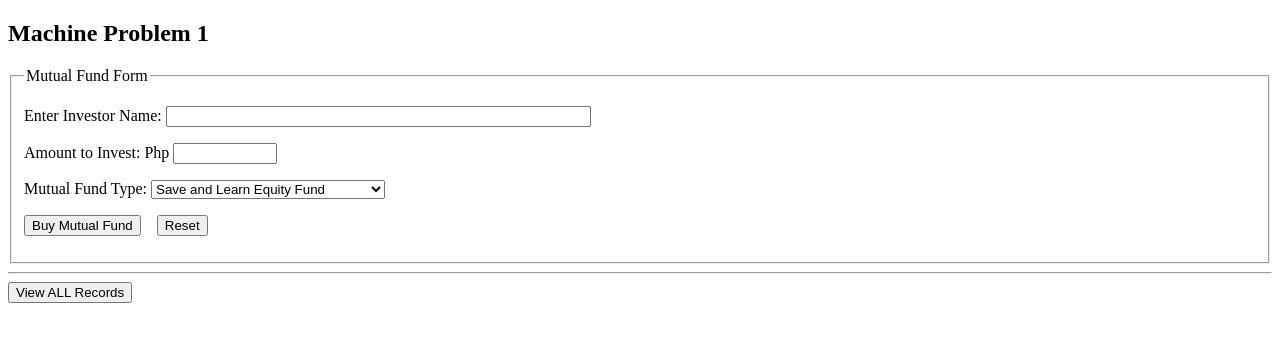
Repository: joshualaxamana/INFOSECWorkspace
Page: http://localhost/MachineProblem1/
These files come from the project's save history. The page is drawn as it stood at one moment and after the next save; the edit follows.
The browser window is 1280 px wide. The pictures show the whole page.
The page is served by Tomcat 9.

Above is the page before, as saved 2017-11-18 16:58:09.

After the next save:
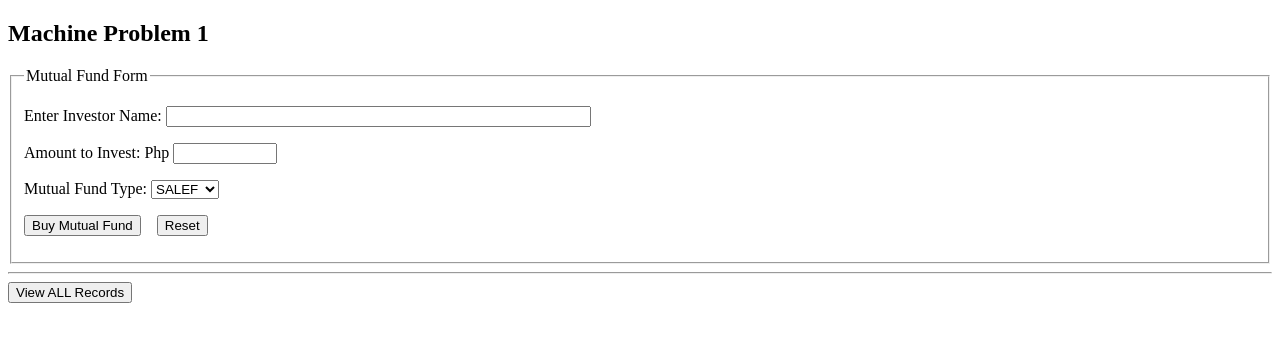
Saved 2 min 46 s later.
--- a/MachineProblem1/web/index.jsp
+++ b/MachineProblem1/web/index.jsp
@@ -22,9 +22,9 @@
 			</p>
 			<p>Mutual Fund Type:
 				<select name='type' id='type'>
-					<option value="SALEF">Save and Learn Equity Fund</option>
-					<option value="SALBF">Save and Learn Balanced Fund</option>
-					<option value="SALFIF">Save and Learn Fixed Income Fund</option>
+					<option value="Save and Learn Equity Fund">SALEF</option>
+					<option value="Save and Learn Balanced Fund">SALBF</option>
+					<option value="Save and Learn Fixed Income Fund">SALFIF</option>
 				</select>
 			</p>
 			<p>

After the save that followed:
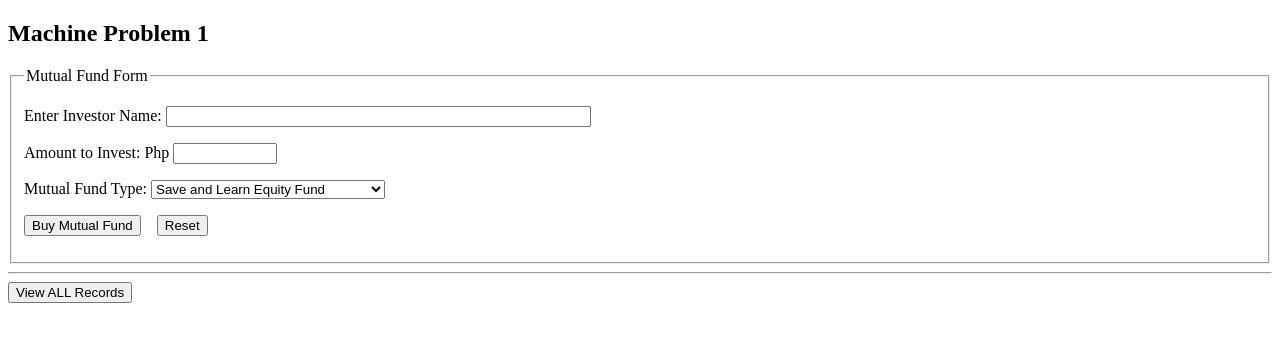
Saved 36 s later.
--- a/MachineProblem1/web/index.jsp
+++ b/MachineProblem1/web/index.jsp
@@ -22,9 +22,9 @@
 			</p>
 			<p>Mutual Fund Type:
 				<select name='type' id='type'>
-					<option value="Save and Learn Equity Fund">SALEF</option>
-					<option value="Save and Learn Balanced Fund">SALBF</option>
-					<option value="Save and Learn Fixed Income Fund">SALFIF</option>
+					<option value="SALEF">Save and Learn Equity Fund</option>
+					<option value="SALBF">Save and Learn Balanced Fund</option>
+					<option value="SALFIF">Save and Learn Fixed Income Fund</option>
 				</select>
 			</p>
 			<p>
